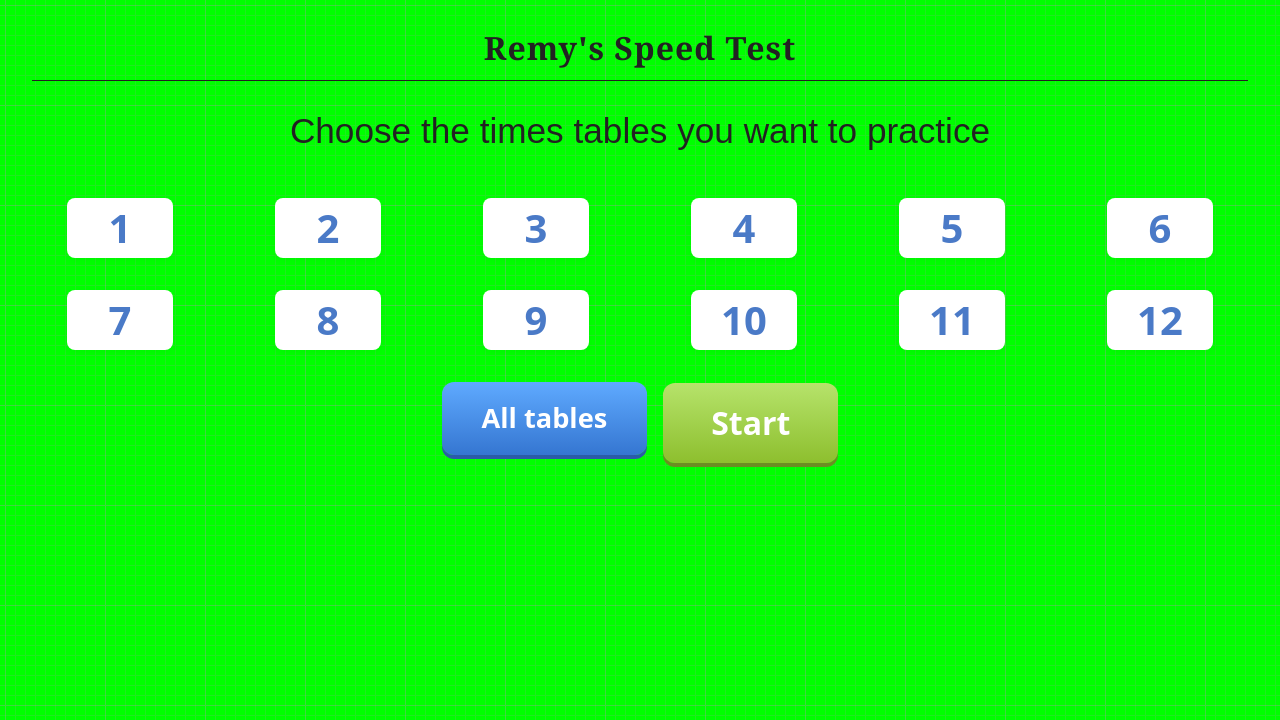
Repository: Chinurum-Omenuko/remys-speed-test
Page: / (app in app/)
An editor plug-in stored every save of this project. The page is shown before and after the next save, followed by the edit.
The browser window is 1280 px wide. The pictures show the whole page.
The project was rebuilt for these pictures with package versions that can differ from the ones it lists, and the page was loaded fresh each time. The framework's server and built-in components were replaced by stand-ins that run in the browser. Also part of the build but not shown: app/svelte.config.js, app/vite.config.ts.

Above is the page before, as saved 2025-11-17 13:05:46.

### app/src/routes/+page.svelte

<script lang="ts">
	import { goto } from "$app/navigation";
	import { GameStore } from "../stores/gameStore.svelte";

	let store = GameStore;
	let chosenTables = store.getTables()
	const tables = Array.from({ length: 12 }, (_, i) => i + 1);

	function selectTable(table: number) {
		store.addTables(table)
	}

	function allTables(){
		tables.forEach(table => {
			let index = chosenTables.indexOf(table)
			if(!chosenTables.includes(table)){
				selectTable(table)
				return
			}
			chosenTables.splice(index, 1)
		});
	}


	function start() {
		store.generateQuestions(chosenTables)
		goto("/test")
	}



	function lastResults() {
		alert('Show last results');
	}
</script>
<div class="landing-bg">
	<div style="padding: 1.5rem 2rem 0 2rem;">
		<h1 class="title">Remy's Speed Test</h1>
		<div class="dotted"></div>
		<h2 class="subtitle">Choose the times tables you want to practice</h2>
		<div class="content">
			<div class="tables-grid">
				{#each tables as table}
					<button
						type="button"
						class="table-btn {chosenTables.includes(table) ? 'selected' : ''}"
						on:click={() => {

							selectTable(table)
							}}
						aria-pressed={chosenTables[table] === table}
					>
						{table}
					</button>
				{/each}
			</div>
			<div class="actions">
				<div class="left-actions">
					{#if chosenTables.length == 12}
						<button class="blue-btn" on:click={allTables}>Deselect All Tables</button>
					{:else}
						<button class="blue-btn" on:click={allTables}>All tables</button>
					{/if}
				</div>
				<button class="green-btn" on:click={start}>Start</button>
			</div>
		</div>
	</div>
</div>

<style>
	.landing-bg {
		background: linear-gradient(180deg, #aabbdb, #e2e2e9);
		background-color: #00ff00;
		background-image: url("data:[embedded picture, 1695 characters]");
		min-height: 100vh;
		max-width: 100vw;
		padding: 0;
		margin: 0;
	}
	.title {
		font-size: 2rem;
		font-weight: 700;
		margin: 0 0 0.5rem 0;
		letter-spacing: 1px;
		color: #222;
		font-family: Georgia, 'Times New Roman', Times, serif;
		text-align: center;
	}
	.dotted {
		border-bottom: 1px solid #222;
		margin-bottom: 1.5rem;
	}
	.subtitle {
		font-size: 2.2rem;
		font-weight: 100;
		margin-bottom: 2.5rem;
		text-align: center;
		color: #222;
		font-family: Arial, Helvetica, sans-serif;
	}

	.content{
		display: flex;
		flex-direction: column;
		/* border: solid 2px red; */
		justify-content: start;
		align-items: center;
		max-width: 100vw;
		min-height: 50vh;
	}
	.tables-grid {
		display: grid;
		grid-template-columns: repeat(6, 1fr);
		gap: 2rem;
		/* border: solid 2px green; */
		width: 100%;
	}
	.table-btn {
		background: #fff;
		border-radius: 8px;
		font-size: 2.5rem;
		font-weight: 700;
		color: #4a7ac7;
		width: 60%;
		height: 100%;
		display: flex;
		align-items: center;
		justify-content: center;
		cursor: pointer;
		transition: box-shadow 0.2s, border 0.2s;
		margin: 0 auto;
		box-shadow: 0 2px 8px rgba(0,0,0,0.04);
	}
	.table-btn.selected {
		border: 3px solid #2e5eaa;
		background: #eaf1ff;
		color: #2e5eaa;
	}
	.actions {
		display: flex;
		justify-content: space-between;
		align-items: flex-end;
		max-width: 1200px;
		margin: 2rem auto 0 auto;
	}
	.left-actions {
		display: flex;
		flex-direction: column;
		gap: 1.2rem;
	}
	.blue-btn {
		background: linear-gradient(180deg, #5faaff 0%, #3576d1 100%);
		color: #fff;
		font-size: 1.7rem;
		font-weight: 600;
		border: none;
		border-radius: 12px;
		padding: 1rem 2.5rem;
		box-shadow: 0 4px 0 #2b5ca7;
		cursor: pointer;
		margin-bottom: 0.5rem;
		transition: background 0.2s;
	}
	.blue-btn:active {
		background: #3576d1;
	}
	.green-btn {
		background: linear-gradient(180deg, #b6e36b 0%, #8dbf2e 100%);
		color: #fff;
		font-size: 2rem;
		font-weight: 700;
		border: none;
		border-radius: 12px;
		padding: 1rem 3rem;
		box-shadow: 0 4px 0 #6b8e23;
		cursor: pointer;
		margin-left: 1rem;
		transition: background 0.2s;
	}
	.green-btn:active {
		background: #8dbf2e;
	}

	/* 640px: small tablet */
	/* @media (min-width: 640px) {
		.tables-grid {
			grid-template-columns: repeat(3, 1fr);
			border: red;
		}
		.table-btn {
			width: 100px;
			height: 80px;
			font-size: 1.5rem;
		}
		.actions {
			flex-direction: column;
			align-items: stretch;
			gap: 2rem;
		}
	}

	/* 768px: tablet portrait */
	/* @media (min-width: 768px) {
		.tables-grid {
			grid-template-columns: repeat(3, 1fr);
			border: red;
		}
		.table-btn {
			width: 100px;
			height: 80px;
			font-size: 1.5rem;
		}
		.actions {
			flex-direction: column;
			align-items: stretch;
			gap: 2rem;
		}
	} */

	/* 1024px: tablet landscape / small laptop */
	/* @media (min-width: 1024px) {
		.tables-grid {
			grid-template-columns: repeat(4, 1fr);
		}
		.table-btn {
			width: 140px;
			height: 110px;
			font-size: 2rem;
		}
		.actions {
			flex-direction: row;
			align-items: center;
			gap: 1rem;
		}
	} */

	/* @media (min-width: 1200px) and (max-height: 700px) {

	} */


	/* 1280px: laptop */
	/* @media (min-width: 1280px) {} */

	/* 1536px: large desktop */
	/* @media (min-width: 1536px) {} */




</style>

### app/src/stores/gameStore.svelte.ts
import { writable } from "svelte/store";
import { createQuestions } from "../utils/gameUtils";

function createGameStore(){
    let allQuestions = $state<any[]>([])
    let selectedTables: number[] = $state([])


    return{
        selectedTables,
        get allQuestions(){
            return allQuestions;
        },
        clearSelectedTables: () => {
            selectedTables = []
        },
        getTables: () => selectedTables,
        addTables: (table: number) => {
            let index = selectedTables.indexOf(table)

            if(!selectedTables.includes(table)){
                selectedTables.push(table)
                return
            }

            selectedTables.splice(index,1)

        },
        generateQuestions: (table: number[]) => {
            let questions = createQuestions(table)

            let flat = Object.values(questions).flat();
            allQuestions = [...allQuestions, ...flat];


        },

        removeQuestions: () => allQuestions = []
    }
}

export const GameStore = createGameStore()

### app/src/utils/gameUtils.ts
function makeQuestionObject(table: number){
    let questionsObjectArray = []
    for (let i = 1; i <= 12; i++){
        let question = {
            id: table + '-' + i,
            table: table,
            multiplier: i,
            question: `${table} x ${i}`,
            answer: table * i
        };
        questionsObjectArray.push(question);
    }
    return questionsObjectArray;
}

export function createQuestions(timeTable: number[]){
    let questions = {};

    timeTable.forEach(table => {
        let objectArray = makeQuestionObject(table)
        questions[table] = objectArray
    });
    return questions
}

Loaded but not shown: app/src/app.html (common file); app/src/routes/+layout.svelte (common file); app/src/app.css (common file)

After the next save:
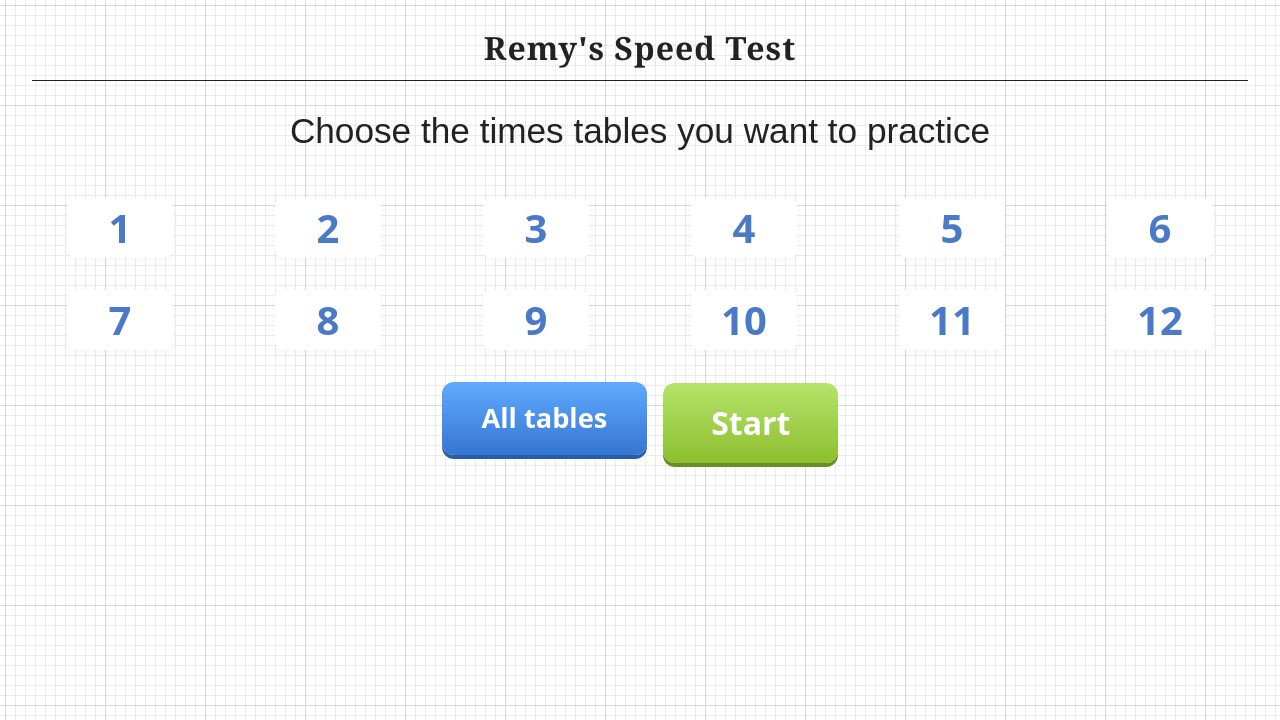
Saved 10 s later.
--- a/app/src/routes/+page.svelte
+++ b/app/src/routes/+page.svelte
@@ -72,7 +72,7 @@
 <style>
 	.landing-bg {
 		background: linear-gradient(180deg, #aabbdb, #e2e2e9);
-		background-color: #00ff00;
+		background-color: #00ff0000;
 		background-image: url("data:[embedded picture, 1695 characters]");
 		min-height: 100vh;
 		max-width: 100vw;
